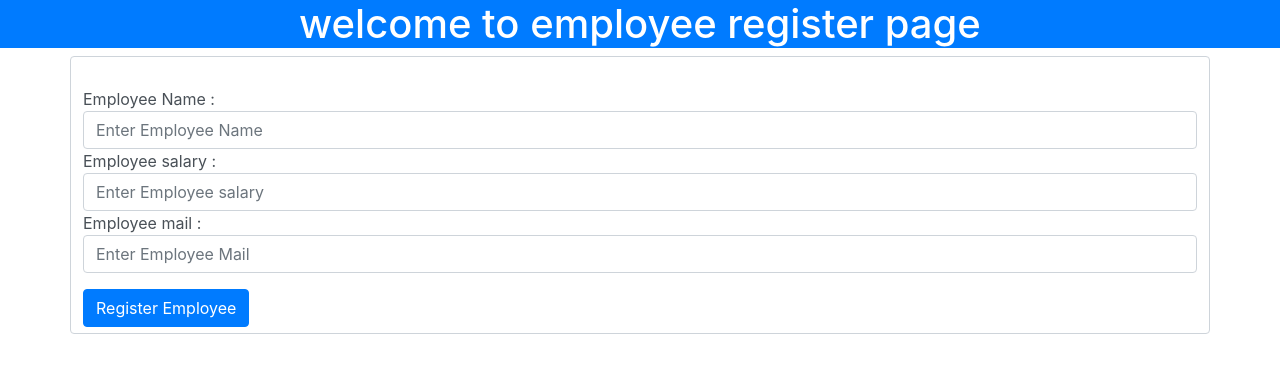
Repository: lokeshsukhwal/EmployeeMiniProject
Page: http://localhost/EmployeeEdit
These files come from the project's save history. The page is drawn as it stood at one moment and after the next save; the edit follows.
The browser window is 1280 px wide. The pictures show the whole page.
The page is this project's Thymeleaf template; nobody is signed in. The template is opened directly, without the code that normally fills it, so the values that code supplies are empty.

Above is the page before, as saved 2023-01-16 11:56:02.

### SpringBootMvc-ThymeleafMySqlCrudMiniProject/src/main/resources/templates/EmployeeEdit.html
<!DOCTYPE html>
<html>
<head>
<meta charset="ISO-8859-1">
<title>Employee register page</title>
<link rel="stylesheet"
	href="https://cdn.jsdelivr.net/npm/bootstrap@4.0.0/dist/css/bootstrap.min.css"
	integrity="sha384-Gn5384xqQ1aoWXA+058RXPxPg6fy4IWvTNh0E263XmFcJlSAwiGgFAW/dAiS6JXm"
	crossorigin="anonymous">
</head>
<body>
	<h1 class="bg-primary text-white text-center">welcome to employee
		register page</h1>
	<div class="container form-control">
		<form action="save" method="post" class="mt-4">
			Employee Name : <input type="text" name="empName"
				class="form-control" placeholder="Enter Employee Name">
			Employee salary : <input type="text" name="empSalary"
				class="form-control" placeholder="Enter Employee salary">
			Employee mail : <input type="email" name="empMail"
				class="form-control" placeholder="Enter Employee Mail">

		<button type="submit" class="btn btn-primary mt-3">Register Employee</button>

		</form>
	</div>

</body>
</html>

After the next save:
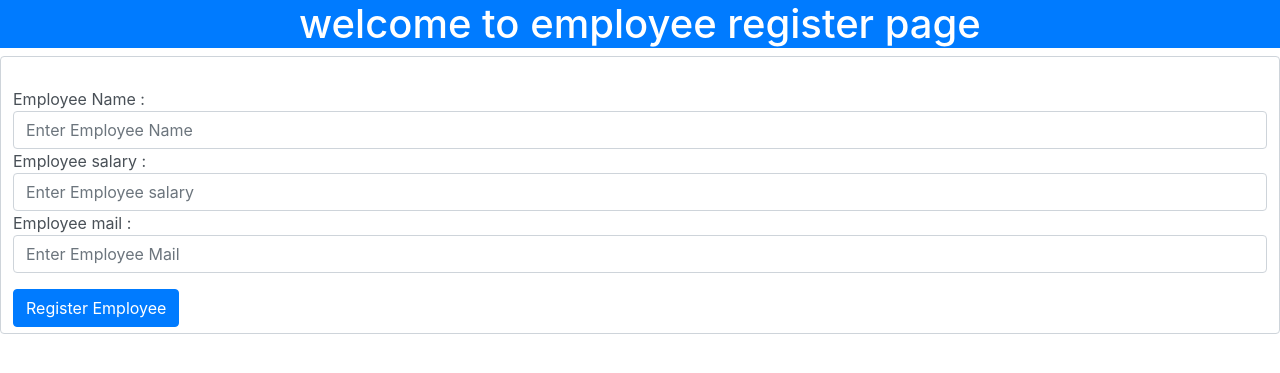
Saved 74 s later.
--- a/SpringBootMvc-ThymeleafMySqlCrudMiniProject/src/main/resources/templates/EmployeeEdit.html
+++ b/SpringBootMvc-ThymeleafMySqlCrudMiniProject/src/main/resources/templates/EmployeeEdit.html
@@ -11,7 +11,7 @@
 <body>
 	<h1 class="bg-primary text-white text-center">welcome to employee
 		register page</h1>
-	<div class="container form-control">
+	<div class="container-fluid form-control">
 		<form action="save" method="post" class="mt-4">
 			Employee Name : <input type="text" name="empName"
 				class="form-control" placeholder="Enter Employee Name">

After the save that followed:
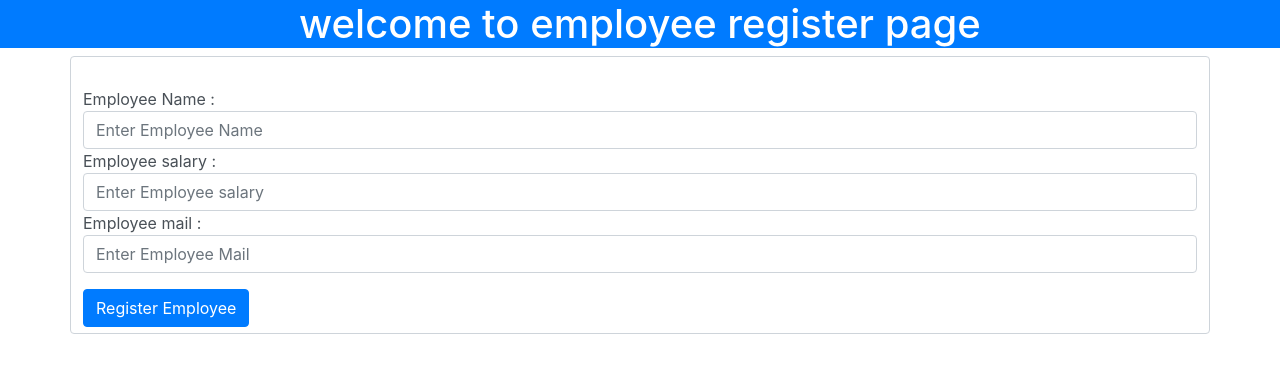
Saved 27 s later.
--- a/SpringBootMvc-ThymeleafMySqlCrudMiniProject/src/main/resources/templates/EmployeeEdit.html
+++ b/SpringBootMvc-ThymeleafMySqlCrudMiniProject/src/main/resources/templates/EmployeeEdit.html
@@ -11,7 +11,7 @@
 <body>
 	<h1 class="bg-primary text-white text-center">welcome to employee
 		register page</h1>
-	<div class="container-fluid form-control">
+	<div class="container form-control">
 		<form action="save" method="post" class="mt-4">
 			Employee Name : <input type="text" name="empName"
 				class="form-control" placeholder="Enter Employee Name">
